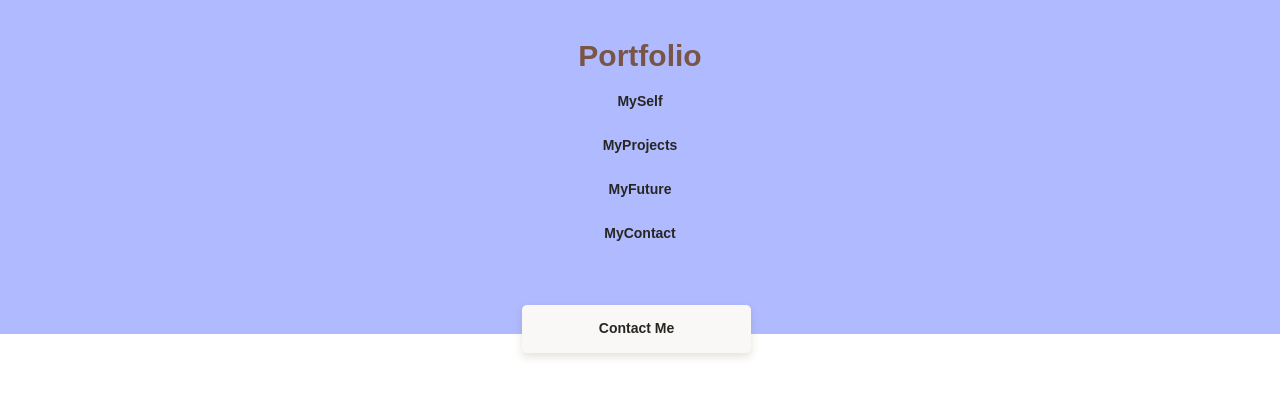
Repository: ChristianGecchelin/PortfolioOnline
Page: index.html
An editor plug-in stored every save of this project. The page is shown before and after the next save, followed by the edit.
The browser window is 1280 px wide. The pictures show the whole page.

Above is the page before, as saved 2022-01-08 14:52:18.

### index.html
<!DOCTYPE html>
<html lang="en">
  <head>
    <meta charset="UTF-8" />
    <meta http-equiv="X-UA-Compatible" content="IE=edge" />
    <meta name="viewport" content="width=device-width, initial-scale=1.0" />
    <title>Portfolio Christian</title>
    <link rel="stylesheet" href="./styles/styles.css" />
  </head>
  <body>
    <header>
      <nav>
        <h1>Portfolio</h1>
        <ul class="list-container">
          <li class="list-container-link">
            <a class="" href="">MySelf</a>
          </li>
          <li class="list-container-link">
            <a class="" href="">MyProjects</a>
          </li>
          <li class="list-container-link">
            <a class="" href="">MyFuture</a>
          </li>
          <li class="list-container-link">
            <a class="" href="">MyContact</a>
          </li>
        </ul>
        <a class="header--nav-button" href="#MyContact">
          Contact Me<span></span
        ></a>
      </nav>
      <main class="principalContainer">
        <section class="principalContainer-mySelf"></section>
        <div class="principalContainer-mySelf--information"></div>
        <div class="principalContainer-mySelf--image"></div>
        <section class="principalContainer-myProject"></section>
        <section class="principalContainer-myFuture"></section>
        <section class="principalContainer-myContact"></section>
      </main>
    </header>
  </body>
</html>

### styles/styles.css
:root {
  --strong-orange: #f7931a;
  --soft-orange: #ffe9d5;
  --secondary-blue: #1a9af7;
  --soft-blue: #e7f5ff;
  --warm-black: #201e1c;
  --black: #282623;
  --grey: #bababa;
  --off-white: #faf8f7;
  --just-white: #fff;
  --light-violet: #b0bbff;
  --strong-violet: #5764b3;
  --skin-color: #ffecb0;
  --yellow-skin-color: #fff3c9;
  --almost-brown: #b3a169;
}
* {
  box-sizing: border-box;
  margin: 0;
  padding: 0;
}
html {
  font-size: 62.5%;
  font-family: "DM Sans", sans-serif;
}
header {
  display: flex;
  flex-direction: column;
  justify-content: center;
  height: 334px;
  background: var(--light-violet);
  text-align: center;
}
header nav {
  flex-direction: column;
  justify-content: center;
  width: 90%;
  min-width: 288px;
  height: 218px;
  align-self: center;
  text-align: center;
  margin-top: -30px;
}
header nav h1 {
  font-size: 3rem;
  font-weight: 700;
  line-height: 2.6rem;
  color: #795548;
}

header nav .list-container-link {
  margin-top: 20px;
  list-style: none;
}
header nav .list-container-link a {
  font-size: 1.4rem;
  font-weight: 700;
  line-height: 2.4rem;
  text-decoration: none;
  color: var(--black);
}

header nav .header--nav-button {
  position: absolute;
  top: 270px;
  left: calc(50% - 118px);
  display: block;
  margin-top: 35px;
  padding: 15px;
  width: 229px;
  height: 48px;
  background-color: var(--off-white);
  font-size: 1.4rem;
  font-weight: 700;
  text-decoration: none;
  color: var(--black);
  box-shadow: 0px 4px 8px rgba(89, 73, 30, 0.16);
  border: none;
  border-radius: 5px;
}

After the next save:
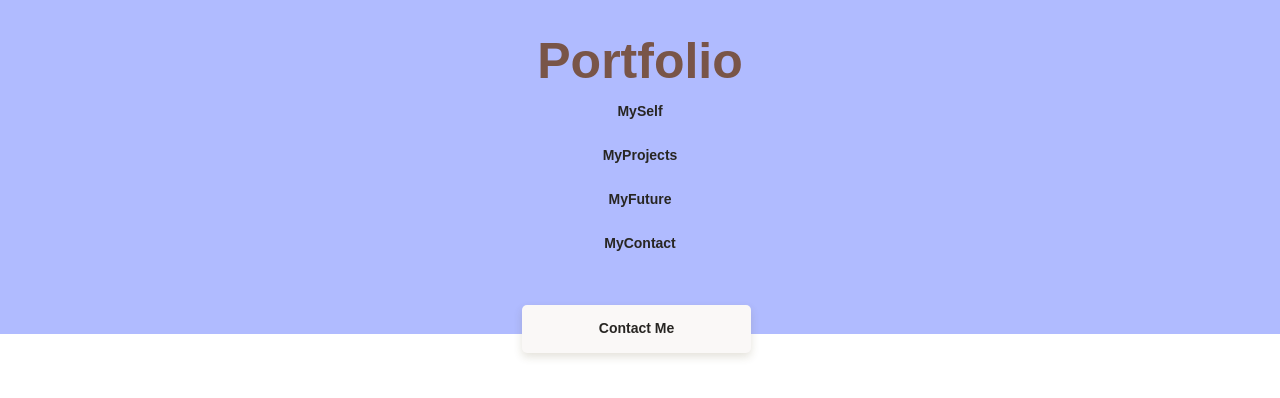
Saved 21 s later.
--- a/styles/styles.css
+++ b/styles/styles.css
@@ -42,9 +42,9 @@ header nav {
   margin-top: -30px;
 }
 header nav h1 {
-  font-size: 3rem;
+  font-size: 5rem;
   font-weight: 700;
-  line-height: 2.6rem;
+  line-height: 3.6rem;
   color: #795548;
 }
 
